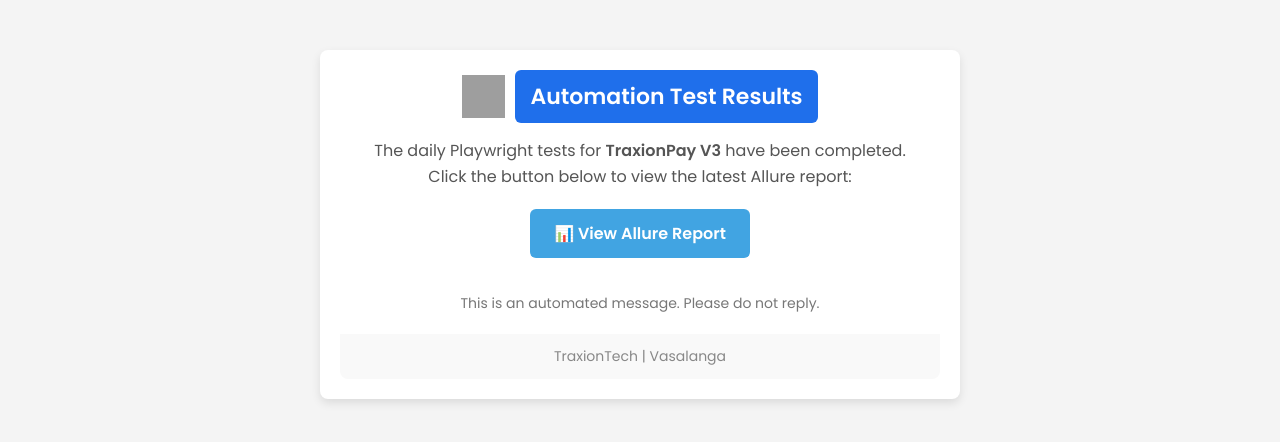
Repository: jmendozaqa24/TraxionPay-V3
Page: template.html
These files come from the project's save history. The page is drawn as it stood at one moment and after the next save; the edit follows.
The browser window is 1280 px wide. The pictures show the whole page.
Pictures or frames that could not be fetched are drawn as grey boxes.

Above is the page before, as saved 2025-02-18 09:30:04.

### template.html
<!DOCTYPE html>
<html lang="en">
<head>
    <meta charset="UTF-8">
    <meta name="viewport" content="width=device-width, initial-scale=1.0">
    <title>Test Results Notification</title>
    <link href="https://fonts.googleapis.com/css2?family=Poppins:wght@400;600&display=swap" rel="stylesheet">
</head>
<body style="font-family: 'Poppins', Arial, sans-serif; background-color: #f4f4f4; margin: 5px 0; padding: 25px; border-radius: 8px;">
    <div style="max-width: 600px; margin: 20px auto; background-color: #ffffff; padding: 20px; border-radius: 8px; box-shadow: 0 4px 10px rgba(0, 0, 0, 0.1);">

        <div style="display: flex; align-items: center; justify-content: center; text-align: center;">
            <img src="https://cdn.brandfetch.io/idpyc8TcWP/w/400/h/400/theme/dark/icon.png?c=1dxbfHSJFAPEGdCLU4o5B"
                 alt="Playwright Logo"
                 style="width: 43px; height: 43px; margin-right: 10px;">
            <h1 style="color: #ffffff; background-color: #1f6feb; padding: 10px 15px; border-radius: 6px; margin: 0; font-size: 22px;">
                Automation Test Results
            </h1>
        </div>

        <!-- Body Content -->
        <div style="text-align: center; padding: 15px 30px;">
            <p style="color: #555555; font-size: 16px; line-height: 1.6; margin: 0;">
                The daily Playwright tests for <strong>TraxionPay V3</strong> have been completed. Click the button below to view the latest Allure report:
            </p>

            <!-- Call to Action Button -->
            <a href="https://dread-vin.github.io/TraxionPay-V3/"
                style="display: inline-block; padding: 12px 24px; margin-top: 20px; font-size: 16px; font-weight: 600; color: #ffffff;
                      background-color: #41a4e2; border-radius: 6px; text-decoration: none; transition: 0.3s;">
                📊 View Allure Report
            </a>
        </div>

        <!-- Disclaimer -->
        <div style="text-align: center; padding-top: 20px; font-size: 14px; color: #777777;">
            <p style="margin: 0;">This is an automated message. Please do not reply.</p>
        </div>

        <!-- Footer -->
        <div style="margin-top: 20px; background-color: #f9f9f9; padding: 12px; border-radius: 0 0 8px 8px; text-align: center;">
            <p style="font-size: 14px; color: #888888; margin: 0;"> TraxionTech | Vasalanga </p>
        </div>

      </div>
  </body>
</html>

After the next save:
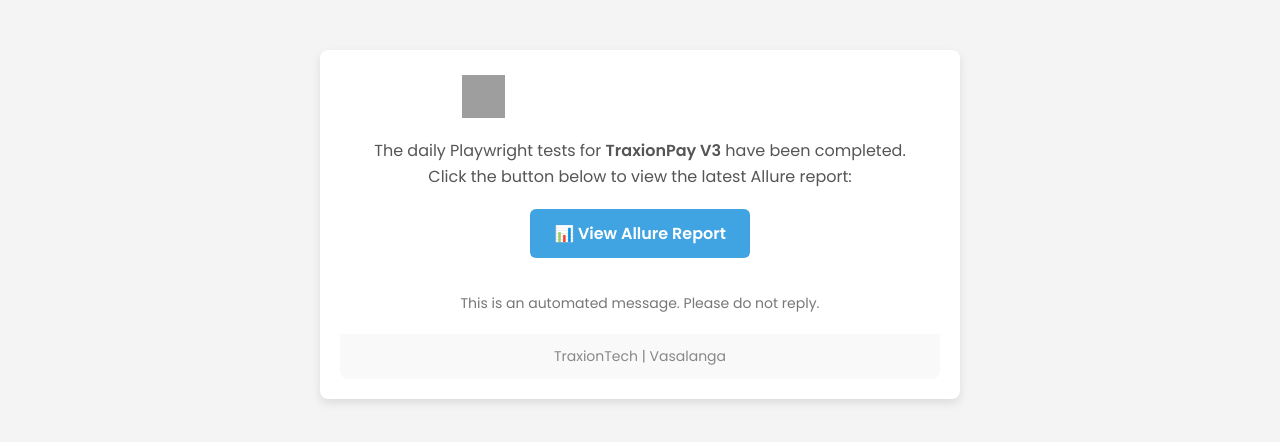
Saved 22 s later.
--- a/template.html
+++ b/template.html
@@ -13,7 +13,7 @@
             <img src="https://cdn.brandfetch.io/idpyc8TcWP/w/400/h/400/theme/dark/icon.png?c=1dxbfHSJFAPEGdCLU4o5B"
                  alt="Playwright Logo"
                  style="width: 43px; height: 43px; margin-right: 10px;">
-            <h1 style="color: #ffffff; background-color: #1f6feb; padding: 10px 15px; border-radius: 6px; margin: 0; font-size: 22px;">
+            <h1 style="color: #ffffff;  padding: 10px 15px; border-radius: 6px; margin: 0; font-size: 22px;">
                 Automation Test Results
             </h1>
         </div>
